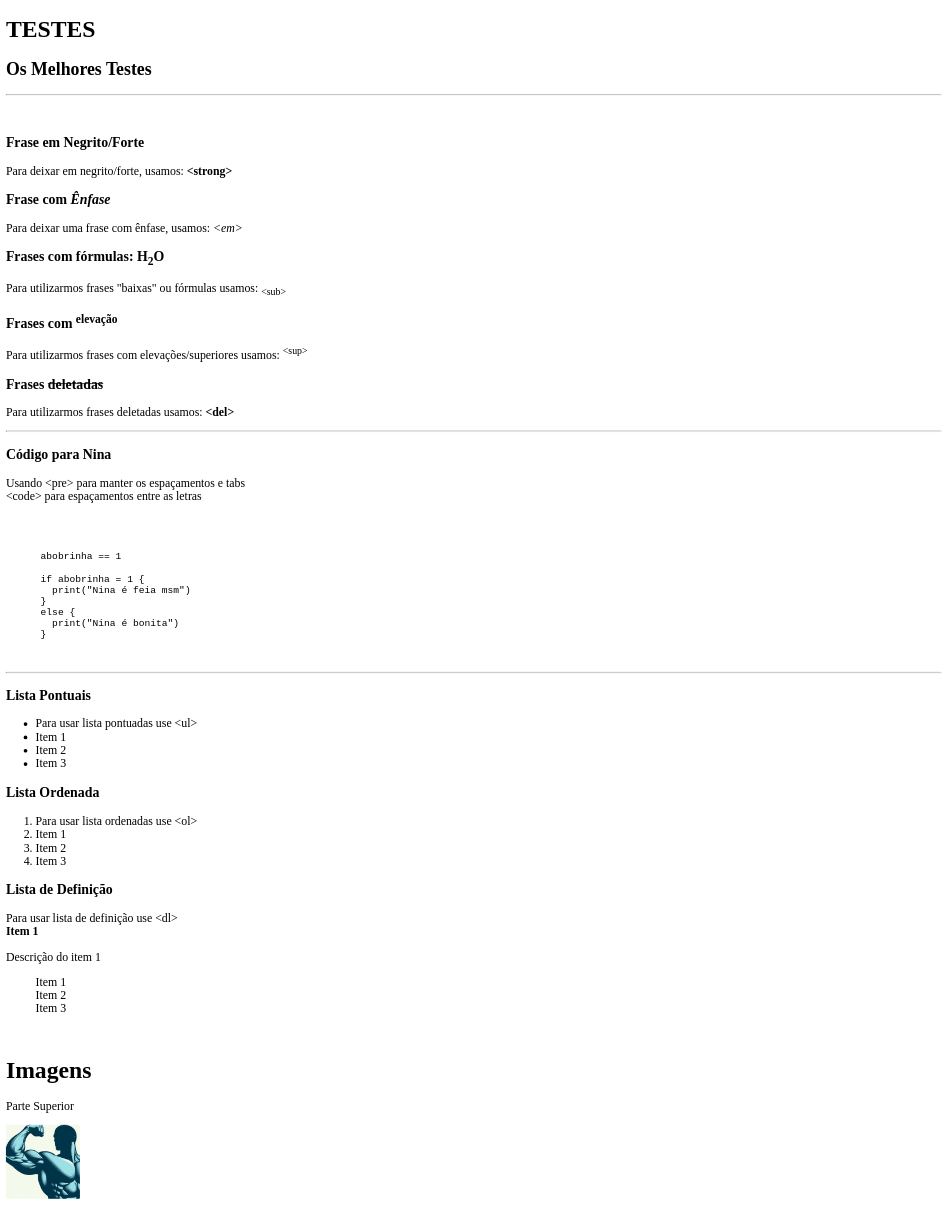
Repository: LuidyOn/Site_Forca_Total
Page: ForçaTotal/teste.html
These files come from the project's save history. The page is drawn as it stood at one moment and after a run of saves; the edit follows.
The browser window is 1280 px wide. The pictures show the whole page, at 74% of full size.

Above is the page before, as saved 2025-05-15 14:08:55.

After the next 3 saves:
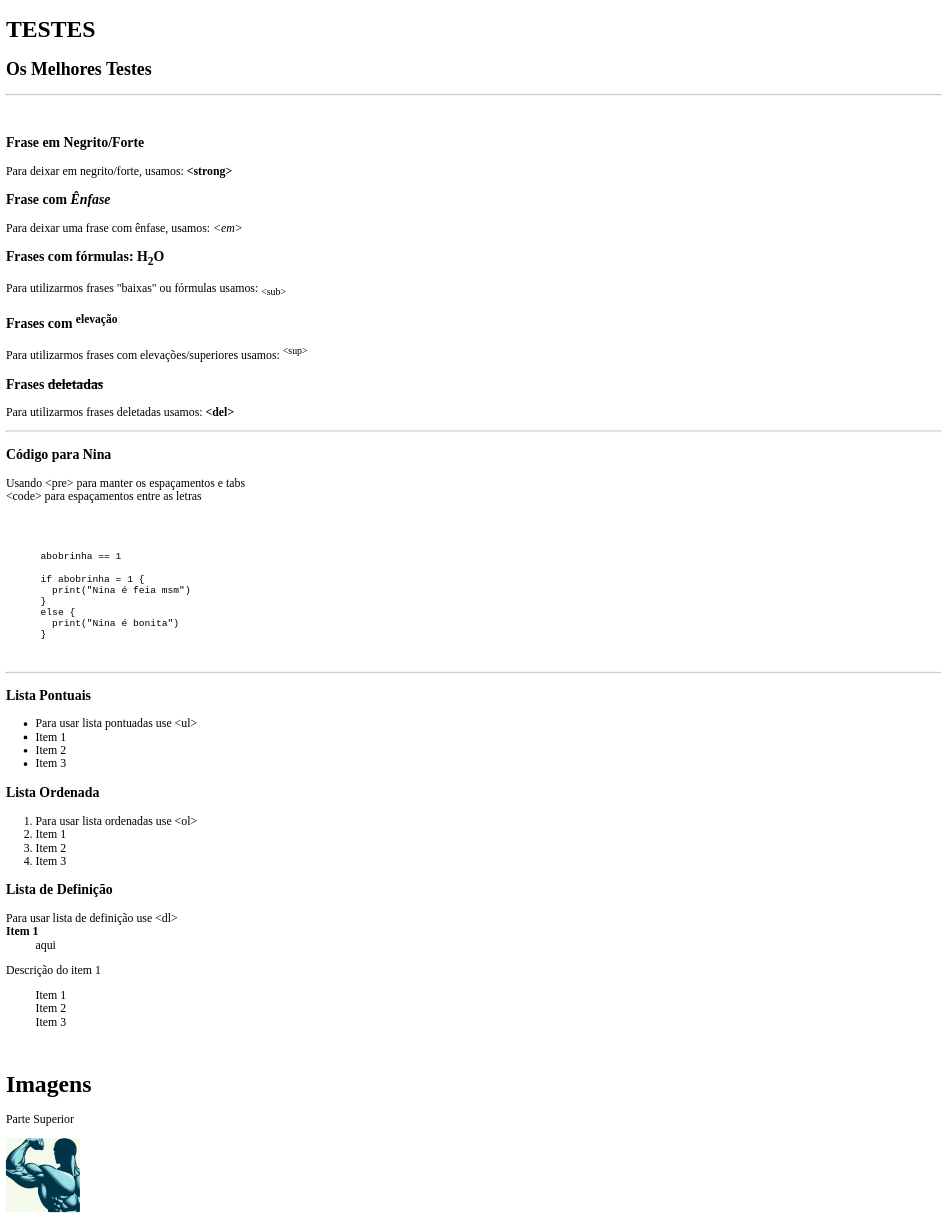
The 3 saves are shown as one change because they came seconds apart.
The last was saved 62 s later.
--- a/ForçaTotal/teste.html
+++ b/ForçaTotal/teste.html
@@ -72,6 +72,7 @@
     <dt>Para usar lista de definição use &lt;dl&gt;</dt>
     <dt>
       <strong>Item 1</strong>
+      <dd>aqui</dd>
       <p>Descrição do item 1</p>
     </dl>
     <dd>Item 1</dd>
